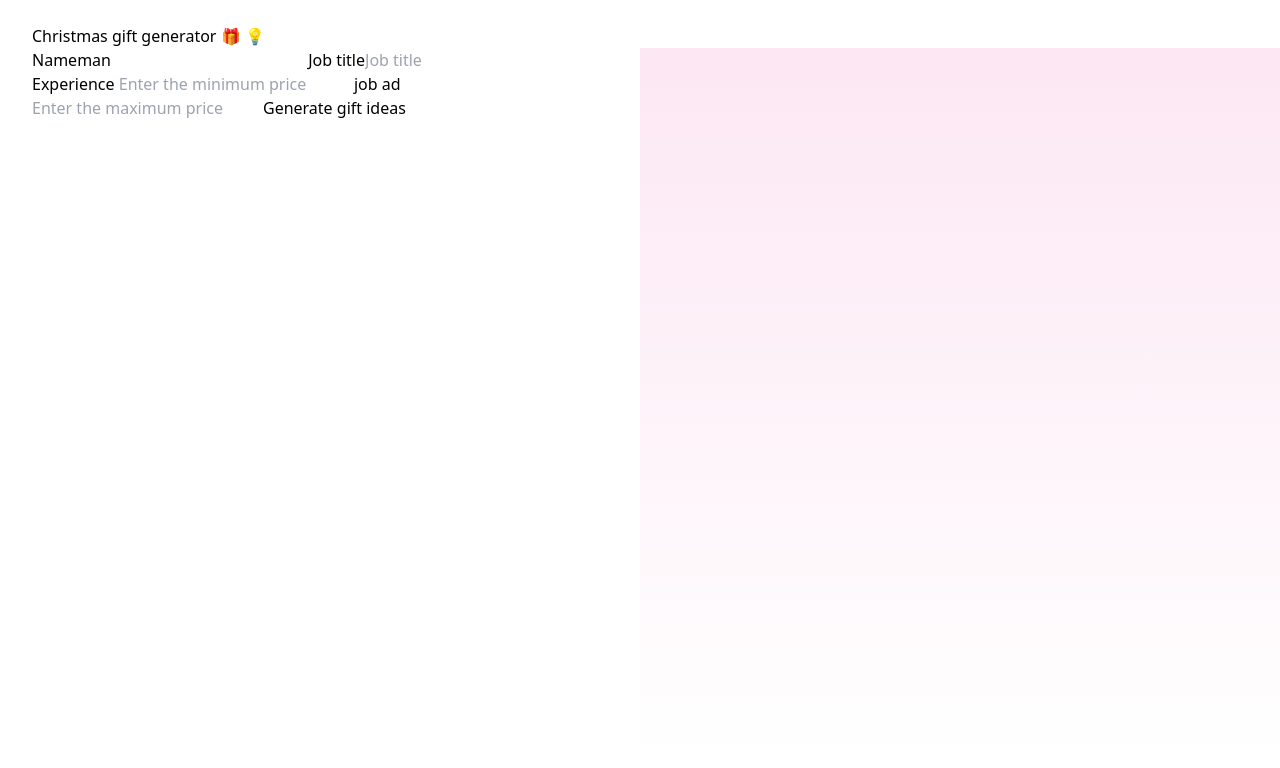
Repository: hamza-mastar/chatgpt-jpbad
Page: /
The author's editor kept a copy of each file at every save. The page is drawn from the files as they stood at one save, then again after the next save.
The browser window is 1280 px wide. The pictures show the whole page.
The project was rebuilt for these pictures with package versions that can differ from the ones it lists, and the page was loaded fresh each time. The framework's server and built-in components were replaced by stand-ins that run in the browser.

Above is the page before, as saved 2023-01-30 04:26:09.

After the next save:
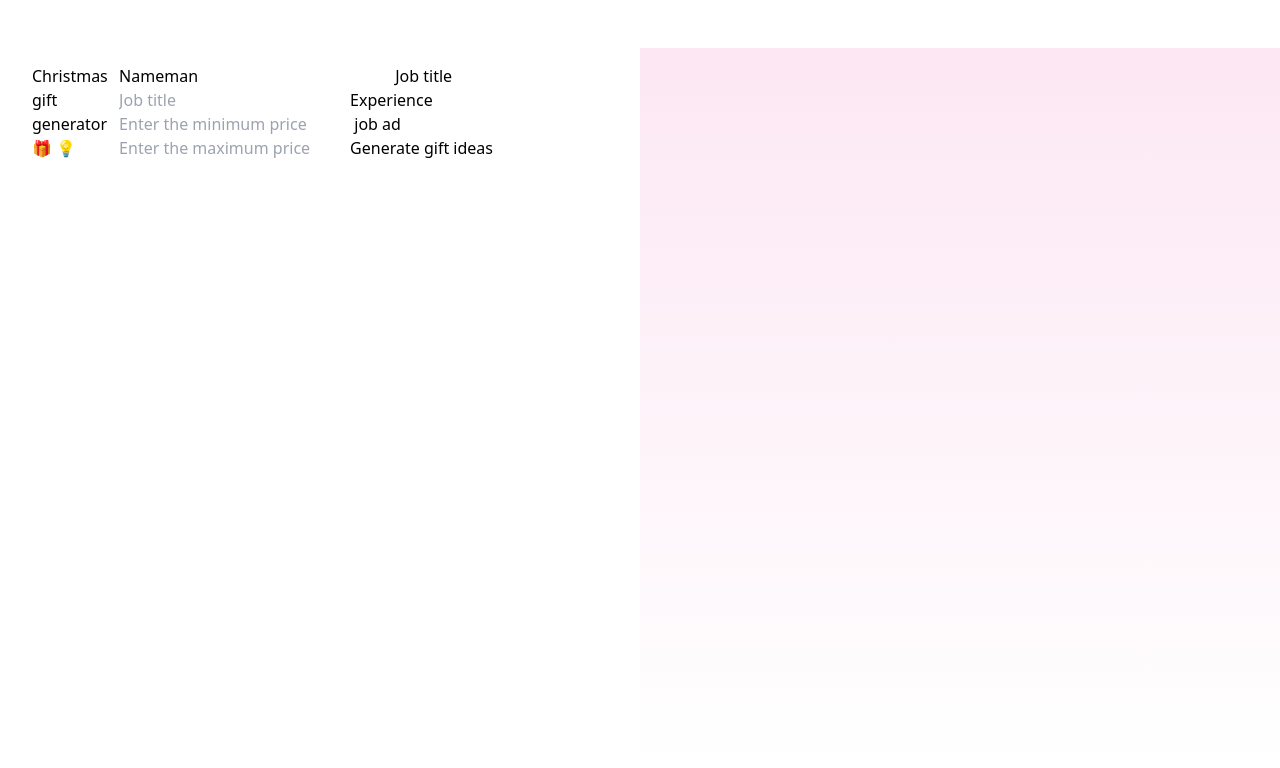
Saved 2 min 52 s later.
--- a/pages/index.js
+++ b/pages/index.js
@@ -57,6 +57,7 @@ export default function Home() {
      <div class="min-h-screen w-full lg:w-1/2 relative">
     <div class="h-full px-5 sm:px-6">
       <div class="h-full w-full max-w-xl mx-auto flex flex-col after:mt-auto after:flex-1">
+        <header class="sm:flex-1 flex mb-auto sm:py-10 pt-6 items-center sm:justify-between flex-col sm:flex-row" >
 
 
 
@@ -103,10 +104,13 @@ export default function Home() {
 
 
           <input type="submit" value="Generate gift ideas" />
+
         </form>
+        </header>
         </div>
         </div>
           </div>
+
           {/* loging page ////////////////// */}
 
           <div class="relative lg:fixed right-0 bottom-0 lg:block lg:w-1/2 overflow-hidden sm:px-5 lg:h-full h-auto overflow-y-auto top-12">
